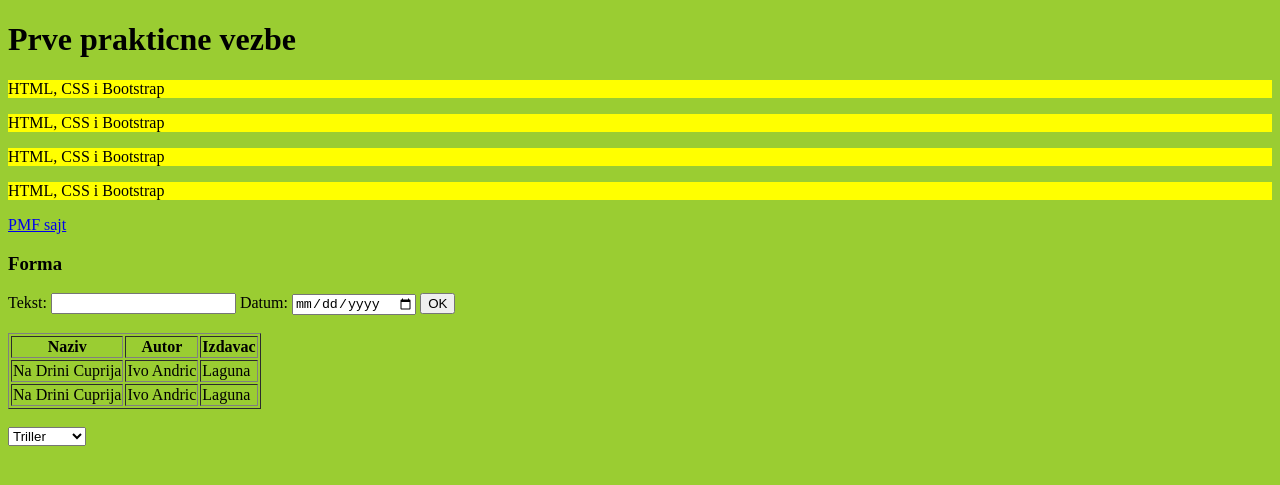
Repository: bojanludajic/Razvoj-Informacionih-Sistema
Page: http://localhost/Vezbe1/
An editor plug-in stored every save of this project. The page is shown before and after the next save, followed by the edit.
The browser window is 1280 px wide. The pictures show the whole page.
The page is served by Tomcat 9.

Above is the page before, as saved 2024-10-22 11:52:24.

### Vezbe1/src/main/webapp/index.html
<!DOCTYPE html>
<html>
<head>
<meta charset="UTF-8">
<title>Razvoj informacionih sistema</title>
<link rel="stylesheet" href="css/styles.css">
</head>
<body>
<h1>Prve prakticne vezbe</h1>
<p class = "klasa1">HTML, CSS i Bootstrap</p>
<p>HTML, CSS i Bootstrap</p>
<p>HTML, CSS i Bootstrap</p>
<p>HTML, CSS i Bootstrap</p>



<a href="https://www.pmf.uns.ac.rs" target="_blank">PMF sajt</a>

<h3>Forma</h3>
<form>
	Tekst: <input type="text">
	Datum: <input type="date">
	<input type="submit" value="OK">
</form>

<br>

<table border="1">
	<tr>
		<th>Naziv</th>
		<th>Autor</th>
		<th>Izdavac</th>
	</tr>
	<tr>
		<td>Na Drini Cuprija</td>
		<td>Ivo Andric</td>
		<td>Laguna</td>
	</tr>
	<tr>
		<td>Na Drini Cuprija</td>
		<td>Ivo Andric</td>
		<td>Laguna</td>
	</tr>
</table>

<br>

<select>
	<option>Triller</option>
	<option>Biografija</option>
	<option>Drama</option>
</select>

</body>
</html>

### Vezbe1/src/main/webapp/css/styles.css
@charset "UTF-8";
body {
	background-color: yellowgreen;
}
p {
	background-color: yellow;
}

.b {
	background-color: red;
}

After the next save:
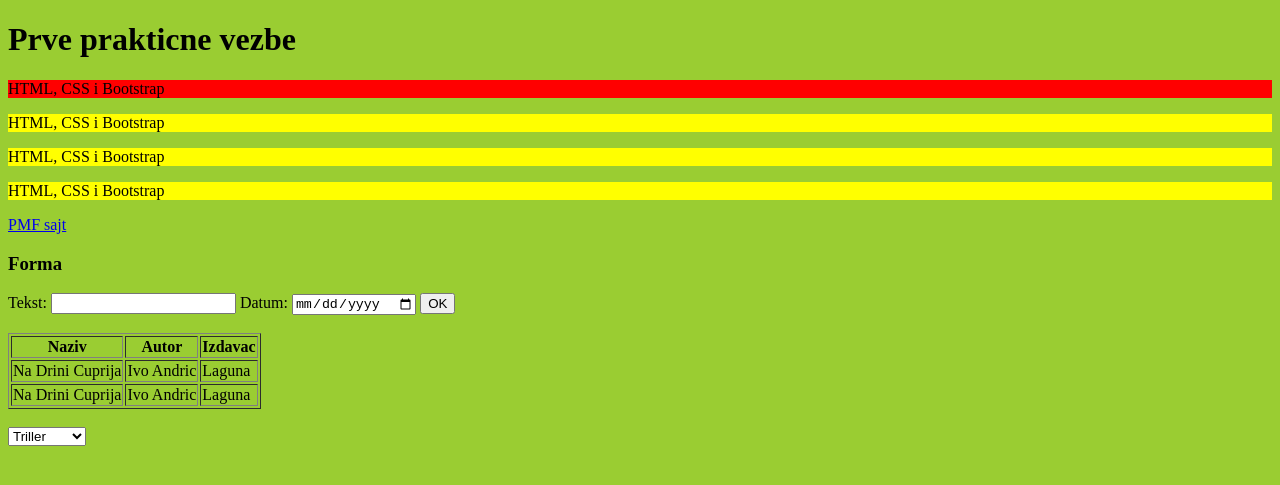
Saved 5 s later.
--- a/Vezbe1/src/main/webapp/css/styles.css
+++ b/Vezbe1/src/main/webapp/css/styles.css
@@ -6,6 +6,6 @@
 	background-color: yellow;
 }
 
-.b {
+.klasa1 {
 	background-color: red;
 }

After the 2 saves that followed:
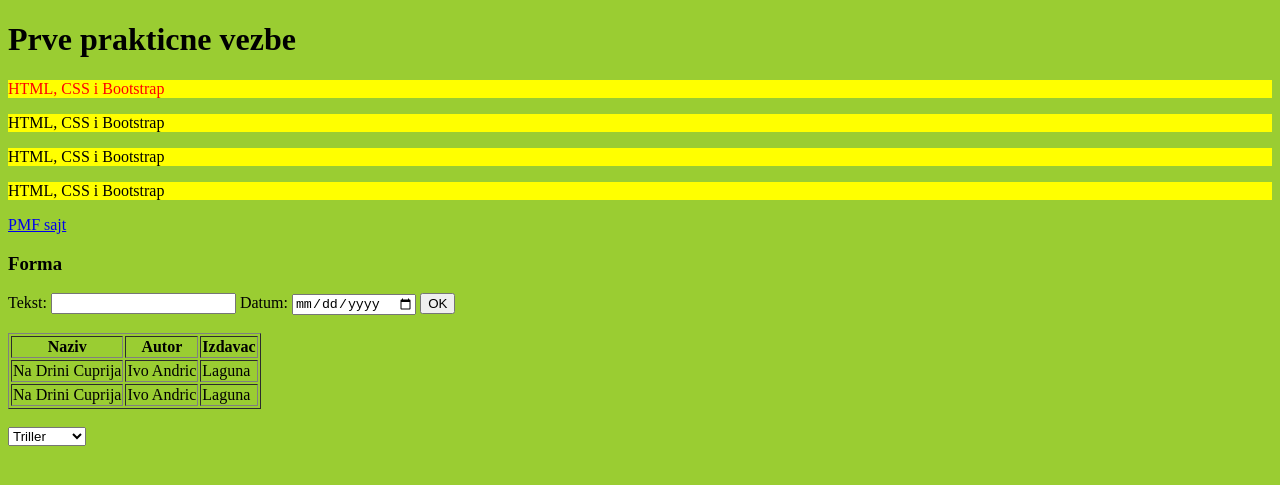
The 2 saves are shown as one change because 1 left the picture as it was.
The last was saved 32 s later.
--- a/Vezbe1/src/main/webapp/css/styles.css
+++ b/Vezbe1/src/main/webapp/css/styles.css
@@ -2,10 +2,11 @@
 body {
 	background-color: yellowgreen;
 }
+
 p {
 	background-color: yellow;
 }
 
 .klasa1 {
-	background-color: red;
+	color: red;
 }
